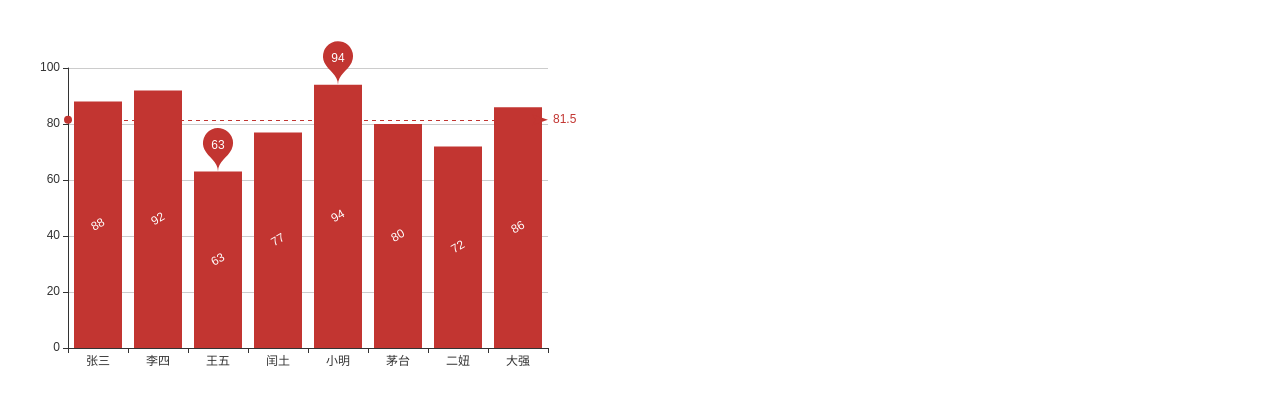
Repository: lm101845/LearnDataVisualization
Page: 02-Echarts/02-代码手敲/03.柱状图的实现.html
The author's editor kept a copy of each file at every save. The page is drawn from the files as they stood at one save, then again after the next save.
The browser window is 1280 px wide. The pictures show the whole page.

Above is the page before, as saved 2022-03-10 00:00:27.

After the next save:
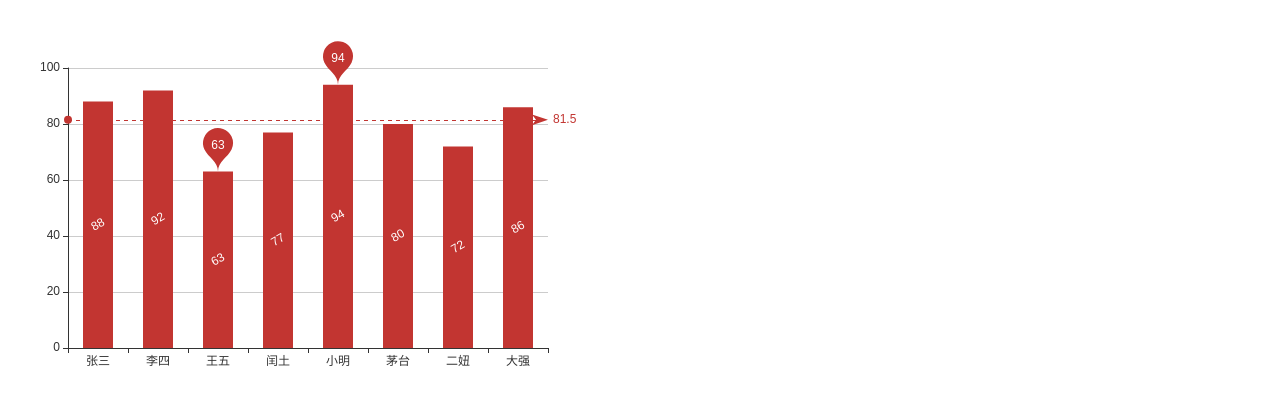
Saved 9 s later.
--- a/02-Echarts/02-代码手敲/03.柱状图的实现.html
+++ b/02-Echarts/02-代码手敲/03.柱状图的实现.html
@@ -73,7 +73,7 @@
                         //position: 'top', // 标签的位置
                     },
                     //柱宽度  barWidth
-
+                    barWidth: 30,
                 }]
             }
             //5.将配置项设置给echarts实例对象
